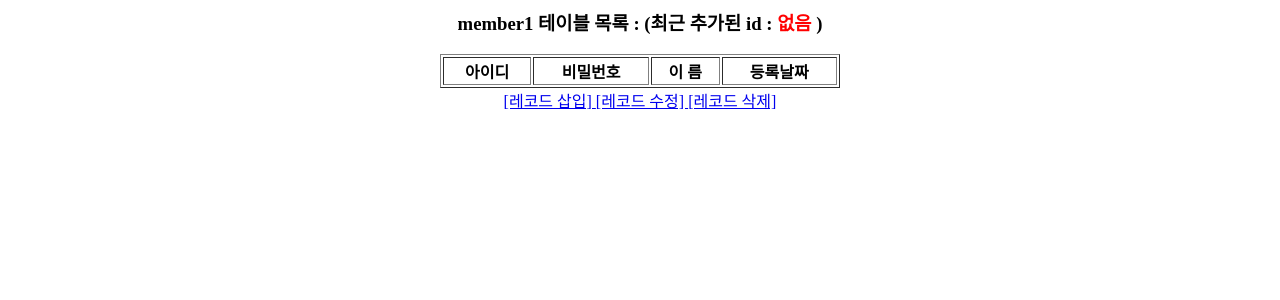
Repository: LTaeHoon/javajsp_ncs
Page: http://localhost/chap05_DataBase/db_exam/SelectTest.jsp
An editor plug-in stored every save of this project. The page is shown before and after the next save, followed by the edit.
The browser window is 1280 px wide. The pictures show the whole page.
The page is served by Tomcat 9. Other server files are loaded and not shown. Queries for data that is not in the repository find no rows.

Above is the page before, as saved 2017-01-19 01:17:09.

### chap05_DataBase/WebContent/db_exam/SelectTest.jsp
<%@page import="java.sql.ResultSet"%>
<%@page import="java.sql.PreparedStatement"%>
<%@page import="java.sql.DriverManager"%>
<%@page import="java.sql.Connection"%>
<%@ page language="java" contentType="text/html; charset=UTF-8"
    pageEncoding="UTF-8"%>
<!-- SelectTest.jsp : member1 테이블 전체 검색 -->
<style>
   td{text-align:center}
</style>

<%
	String get_id = request.getParameter("id");
	String get_name = request.getParameter("name");
%>
<div align="center">
<h3> member1 테이블 목록 :
	(최근 추가된 id :
	<font color='red'>
	<%
		if(get_id==null){
			out.println("없음");
		}else{
			out.println(get_id +", name : ");
			out.println(get_name);
		}

	%>
	</font>
	)
 </h3>
<table border="1" width="400">
   <tr>
      <th> 아이디 </th> <th> 비밀번호</th>
      <th> 이 름  </th> <th> 등록날짜</th>
   </tr>
   <% // java or jsp 문법
   Connection con = null;
   PreparedStatement pstmt = null;
   ResultSet rs = null;
   String sql = null;

   try{
 	  String url = "jdbc:oracle:thin:@127.0.0.1:1521:orcl";
 	  String uid = "scott";
 	  String pwd = "tiger";
 	  String driver = "oracle.jdbc.driver.OracleDriver";

 	  // 1단계 : 드라이버 로딩
 	  Class.forName(driver);
 	  // 2단계 : DB 연동(3개 파라미터 사용)
 	  con = DriverManager.getConnection(url, uid, pwd);
 	  // 3단계 : sql 작성
 	  sql = "select * from member1 order by name desc";
 	  pstmt = con.prepareStatement(sql);
 	  rs = pstmt.executeQuery(); // select문 실행
 	  while(rs.next()){
 		  String id = rs.getString("id");
 		  String passwd = rs.getString("passwd");
 		  String name = rs.getString("name");
 		  String reg_date
 		     = rs.getString("reg_date").substring(0, 10); //20170118 03:25:30
 		  %> <!--  html 영역 -->
 		  <tr>
 		     <td> <%= id %> </td>
 		     <td>
 		      <input type="password" value ="<%= passwd %>"
 		             size="10" readonly="readonly"
 		             style="border:0px;text-align:center" />
 		     </td>
 		     <td> <%= name %> </td> <td> <%= reg_date %> </td>
 		  </tr>
 		  <%
 	  } // while end
 	  rs.close(); pstmt.close(); con.close();
   }catch(Exception e){
 	  e.printStackTrace();
 	  out.println("DB 연결에 실패하였습니다.");
   }
   %>
</table>
  <a href="InsertForm.jsp"> [레코드 삽입] </a>
  <a href="UpdateForm.jsp"> [레코드 수정] </a>
  <a href="DeleteForm.jsp"> [레코드 삭제] </a>
</div>

After the next save:
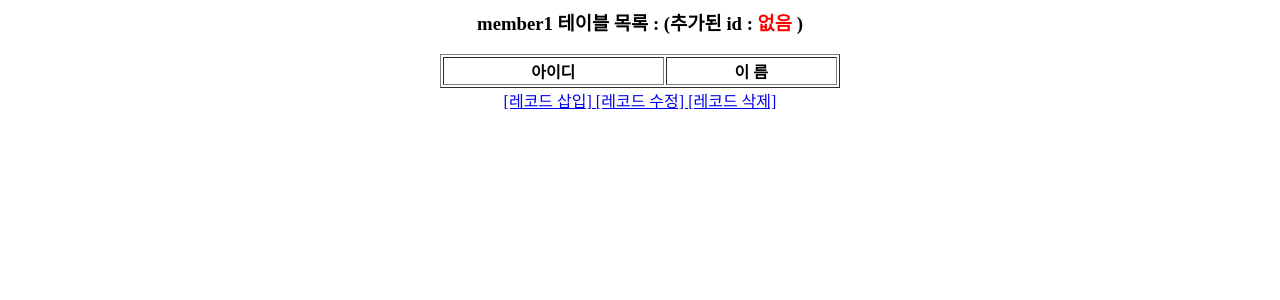
Saved 31 s later.
--- a/chap05_DataBase/WebContent/db_exam/SelectTest.jsp
+++ b/chap05_DataBase/WebContent/db_exam/SelectTest.jsp
@@ -15,7 +15,7 @@
 %>
 <div align="center">
 <h3> member1 테이블 목록 :
-	(최근 추가된 id :
+	(추가된 id :
 	<font color='red'>
 	<%
 		if(get_id==null){
@@ -31,8 +31,8 @@
  </h3>
 <table border="1" width="400">
    <tr>
-      <th> 아이디 </th> <th> 비밀번호</th>
-      <th> 이 름  </th> <th> 등록날짜</th>
+      <th> 아이디 </th>
+      <th> 이 름  </th>
    </tr>
    <% // java or jsp 문법
    Connection con = null;
